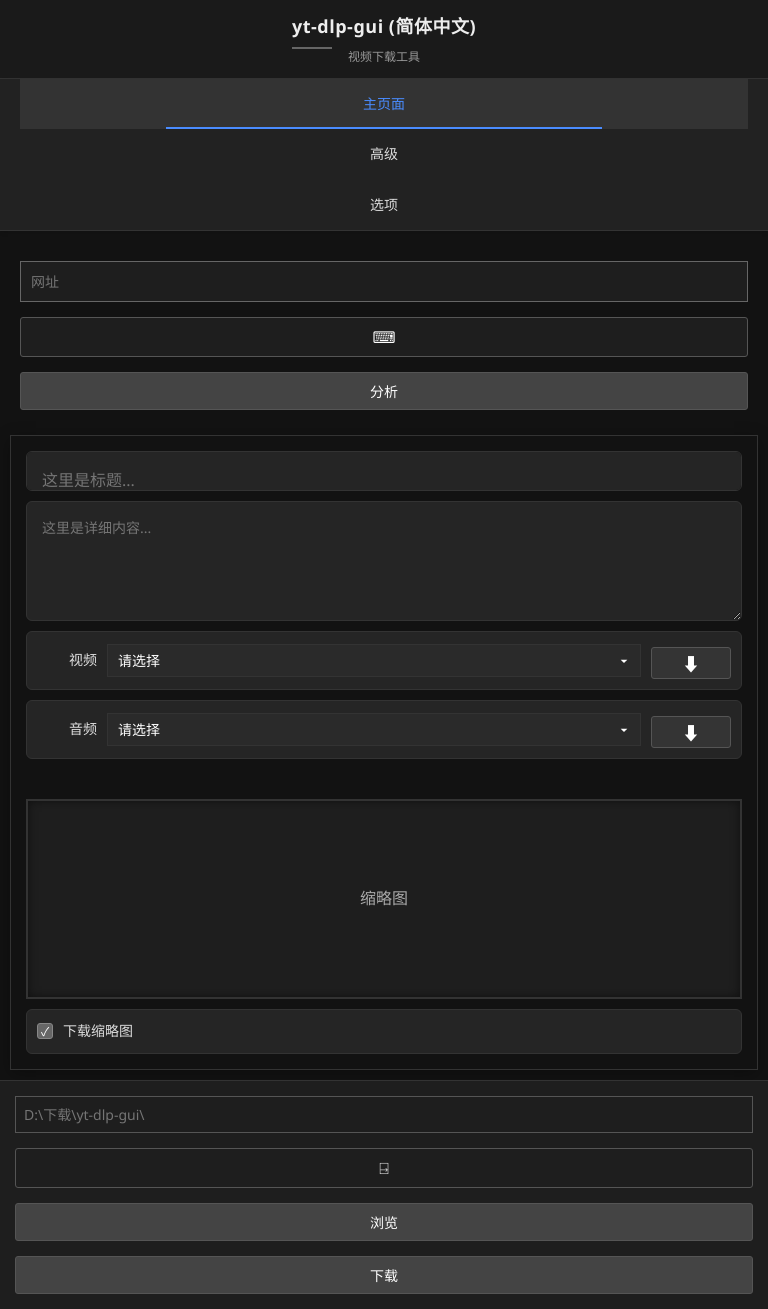
Repository: zArvin6808/yt-TubeSaver
Page: index.html
The author's editor kept a copy of each file at every save. The page is drawn from the files as they stood at one save, then again after the next save.
The browser window is 768 px wide. The pictures show the whole page.

Above is the page before, as saved 2025-06-07 16:18:03.

After the next save:
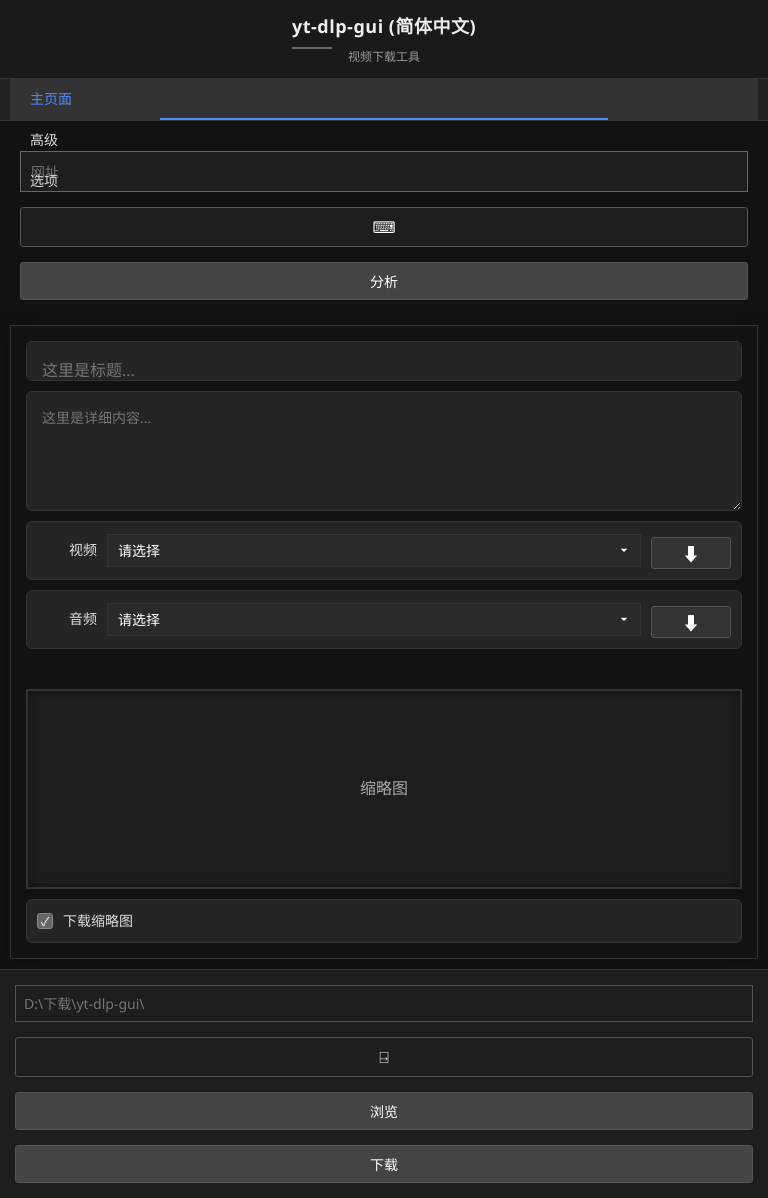
Saved 42 s later.
--- a/style.css
+++ b/style.css
@@ -707,11 +707,22 @@
     .navbar {
       background-color: #222;
       border-bottom: 1px solid #333;
+      display: flex;
+      padding: 0 20px;
+      height: 48px;
     }
 
     .nav-link {
       color: #aaa;
       transition: all 0.2s ease;
+      text-decoration: none;
+      padding: 0 16px;
+      height: 100%;
+      display: flex;
+      align-items: center;
+      position: relative;
+      font-size: 14px;
+      font-weight: 500;
     }
 
     .nav-link:hover {
@@ -721,7 +732,33 @@
 
     .nav-link.active {
       color: #fff;
-      background-color: #444;
+    }
+
+    .nav-link.active::after {
+      content: "";
+      position: absolute;
+      bottom: 0;
+      left: 16px;
+      right: 16px;
+      height: 2px;
+      background-color: #888;
+    }
+
+    @media (max-width: 768px) {
+      .navbar {
+        padding: 0 10px;
+        height: 42px;
+      }
+
+      .nav-link {
+        padding: 0 12px;
+        font-size: 13px;
+      }
+
+      .nav-link.active::after {
+        left: 8px;
+        right: 8px;
+      }
     }
 
     /* 标题栏优化 - 黑灰主题 */
